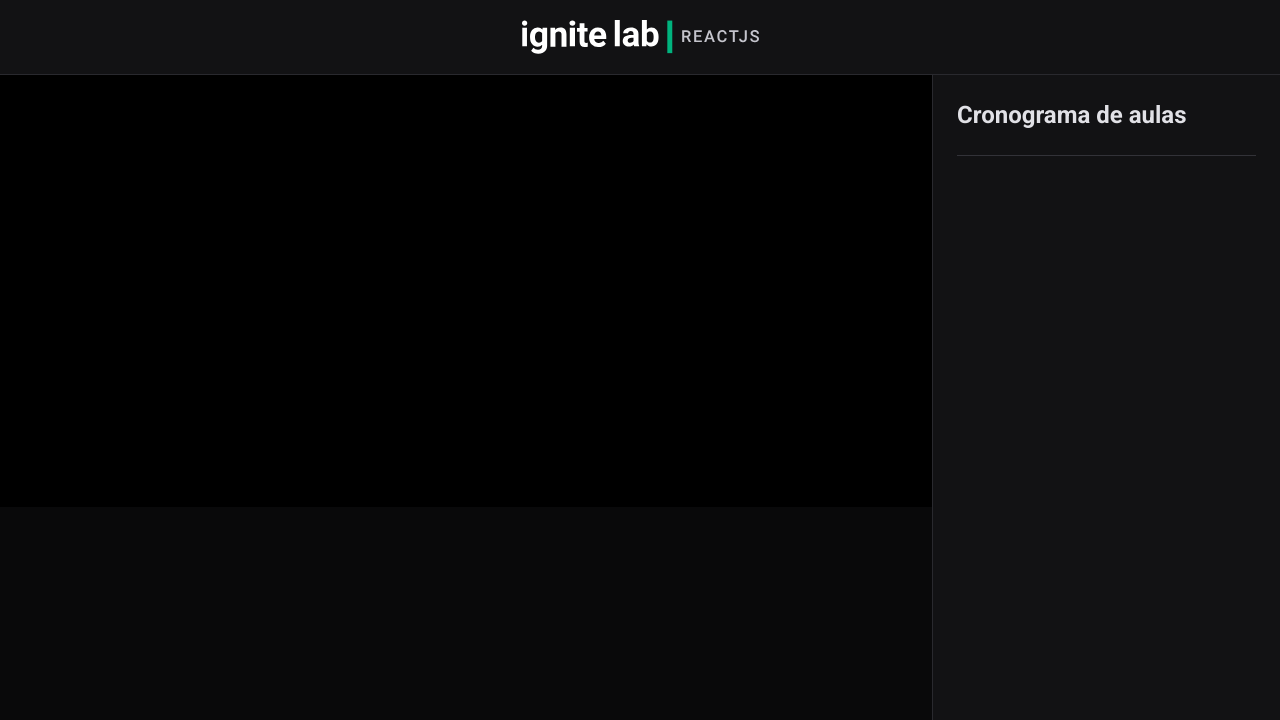
Repository: andynadvorny/event-platform
Page: /event
An editor plug-in stored every save of this project. The page is shown before and after the next save, followed by the edit.
The browser window is 1280 px wide. The pictures show the whole page.
The page's requests for data from a server got no answer. The project was rebuilt for these pictures with package versions that can differ from the ones it lists, and the page was loaded fresh each time. No one was signed in, and anything a server would have sent is missing. Also part of the build but not shown: vite.config.ts, src/components/Lesson.tsx.

Above is the page before, as saved 2022-06-24 11:33:14.

After the next save:
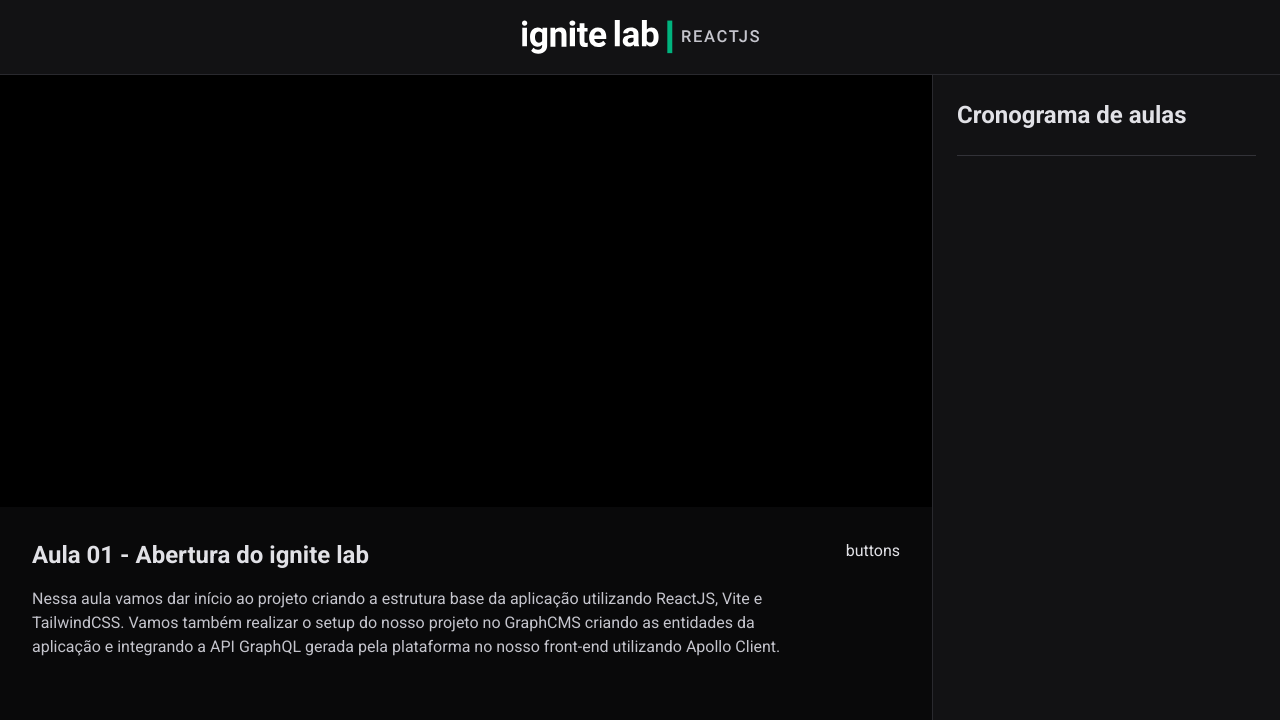
Saved 3 min 36 s later.
--- a/src/components/Video.tsx
+++ b/src/components/Video.tsx
@@ -6,7 +6,22 @@
       </div>
 
       <div className="p-8 max-w-[1100px] mx-auto">
+        <div className="flex items-start gap-16">
+          <div className="flex-1">
+            <h1 className="text-2xl font-bold">
+              Aula 01 - Abertura do ignite lab
+            </h1>
+            <p className="mt-4 text-gray-200">
+              Nessa aula vamos dar início ao projeto criando a estrutura base da aplicação utilizando ReactJS, Vite e TailwindCSS. Vamos também realizar o setup do nosso projeto no GraphCMS criando as entidades da aplicação e integrando a API GraphQL gerada pela plataforma no nosso front-end utilizando Apollo Client.
+            </p>
+          </div>
+          <div>
+            buttons
+          </div>
+        </div>
+        <div>
 
+        </div>
       </div>
     </div>
   )
